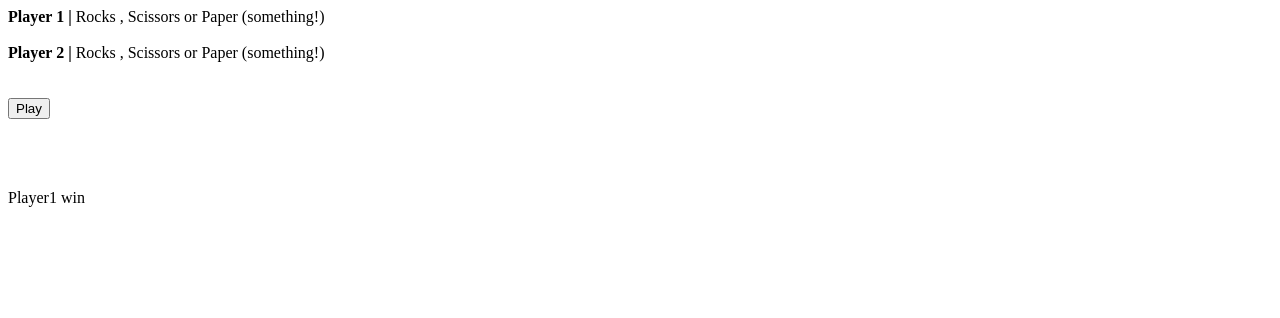
Repository: zinminkhantoo/assignment01
Page: http://localhost/Mheiktila TU IT Club/001/Problem5.php
These files come from the project's save history. The page is drawn as it stood at one moment and after the next save; the edit follows.
The browser window is 1280 px wide. The pictures show the whole page.
The page is run by PHP 8.4 with error messages shown; the project is at /var/www/html/.

Above is the page before, as saved 2020-04-15 17:53:46.

After the next save:
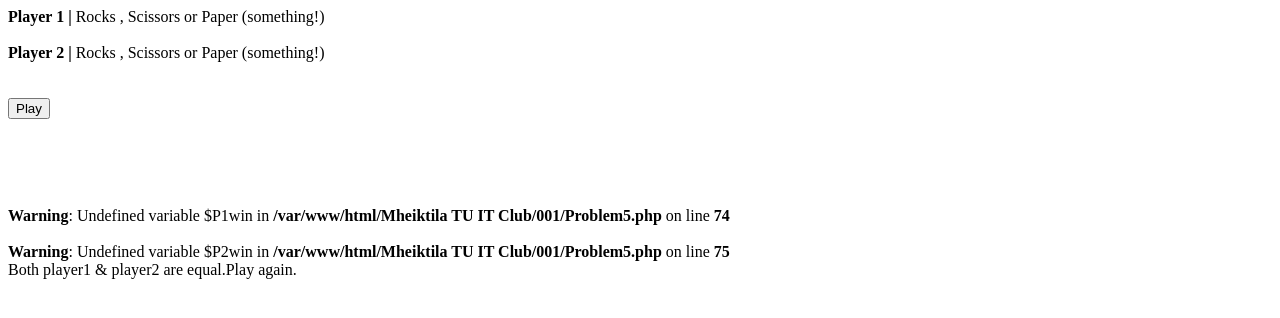
Saved 110 s later.
--- a/Test/Mheiktila TU IT Club/001/Problem5.php
+++ b/Test/Mheiktila TU IT Club/001/Problem5.php
@@ -1,37 +1,39 @@
 <?php
-    $player1 = rand(1,3);
-    $player2 = rand(1,3);
-    $P1win = 0;
-    $P2win = 0;
-    $stateP1 = null;
-    $stateP2 = null;
-    switch ($player1) {
-        case 1: $stateP1 = "rock";break;
-        case 2: $stateP1 = "scissors";break;
-        case 3: $stateP1 = "paper";break;
-    }
-    switch ($player2) {
-        case 1: $stateP2 = "rock";break;
-        case 2: $stateP2 = "scissors";break;
-        case 3: $stateP2 = "paper";break;
-    }
+   if (isset($_POST['submit'])) {
+       $player1 = rand(1,3);
+       $player2 = rand(1,3);
+       $P1win = 0;
+       $P2win = 0;
+       $stateP1 = null;
+       $stateP2 = null;
+       switch ($player1) {
+           case 1: $stateP1 = "rock";break;
+           case 2: $stateP1 = "scissors";break;
+           case 3: $stateP1 = "paper";break;
+       }
+       switch ($player2) {
+           case 1: $stateP2 = "rock";break;
+           case 2: $stateP2 = "scissors";break;
+           case 3: $stateP2 = "paper";break;
+       }
 
-    if ($stateP1 == "rock" && $stateP2=="scissors")
-            $P1win = 1;
-    elseif ($stateP2 == "rock" && $stateP1=="scissors")
-            $P2win = 1;
-    elseif ($stateP1 == "scissors" && $stateP2 == "paper")
-        $P1win = 1;
-    elseif ($stateP2 == "scissors" && $stateP1 == "paper")
-            $P2win = 1;
-    elseif ($stateP1 == "paper" && $stateP2 == "rock")
-        $P1win = 1;
-    elseif ($stateP2 == "paper" && $stateP1 == "rock")
-            $P2win = 1;
-     else {
-            $P1win = 0;
-            $P2win = 0;
-        }
+       if ($stateP1 == "rock" && $stateP2=="scissors")
+           $P1win = 1;
+           elseif ($stateP2 == "rock" && $stateP1=="scissors")
+           $P2win = 1;
+           elseif ($stateP1 == "scissors" && $stateP2 == "paper")
+           $P1win = 1;
+           elseif ($stateP2 == "scissors" && $stateP1 == "paper")
+           $P2win = 1;
+           elseif ($stateP1 == "paper" && $stateP2 == "rock")
+           $P1win = 1;
+           elseif ($stateP2 == "paper" && $stateP1 == "rock")
+           $P2win = 1;
+           else {
+               $P1win = 0;
+               $P2win = 0;
+           }
+   }
 
 
 ?>

After the save that followed:
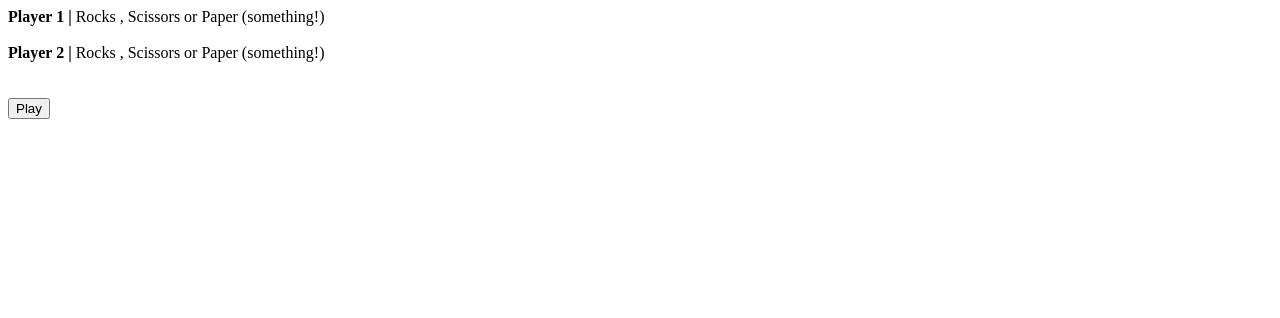
Saved 2 min 18 s later.
--- a/Test/Mheiktila TU IT Club/001/Problem5.php
+++ b/Test/Mheiktila TU IT Club/001/Problem5.php
@@ -33,8 +33,13 @@
                $P1win = 0;
                $P2win = 0;
            }
+
    }
-
+   function Display(){
+       if ($P1win == 1)    echo "Player1 win";
+       elseif ($P2win == 1)    echo "Player2 win";
+       else echo "Both player1 & player2 are equal.Play again.";
+   }
 
 ?>
 <html>
@@ -70,10 +75,6 @@
 			<input type="submit" name="submit" value="Play">
 		</form>
 		</br></br></br>
-		<?php
-		  if ($P1win == 1)    echo "Player1 win";
-		  elseif ($P2win == 1)    echo "Player2 win";
-		  else echo "Both player1 & player2 are equal.Play again.";
-		?>
+
 	</body>
 </html>
